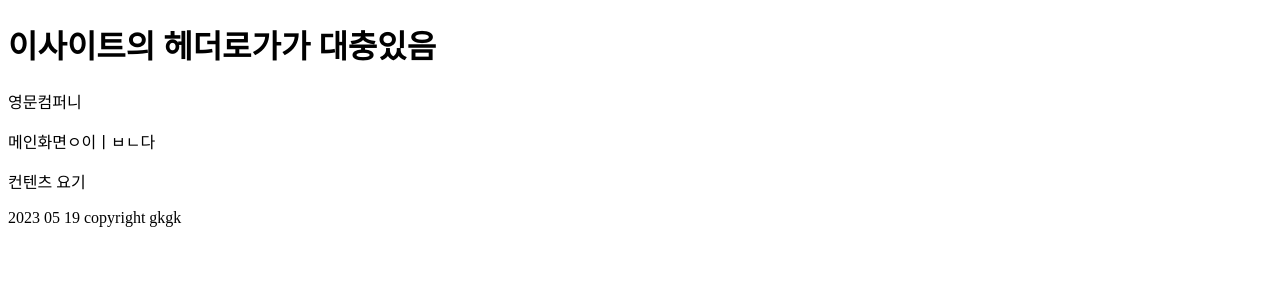
Repository: SanctusAlbino/Jsp_Servlet
Page: http://localhost/03.Tag/02.Directive/Ex03_IncludeMain.jsp
An editor plug-in stored every save of this project. The page is shown before and after the next save, followed by the edit.
The browser window is 1280 px wide. The pictures show the whole page.
The page is served by Tomcat 9.

Above is the page before, as saved 2023-05-19 03:05:38.

After the next save:
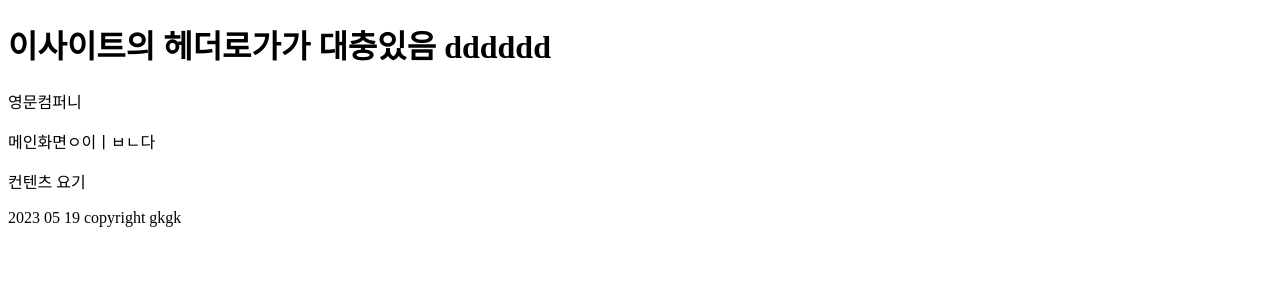
Saved 28 s later.
--- a/03.Tag/src/main/webapp/02.Directive/Ex03Header.jsp
+++ b/03.Tag/src/main/webapp/02.Directive/Ex03Header.jsp
@@ -1,3 +1,3 @@
 <%@ page language="java" contentType="text/html; charset=UTF-8"
     pageEncoding="UTF-8"%>
-<h1>이사이트의 헤더로가가 대충있음</h1>
+<h1>이사이트의 헤더로가가 대충있음 dddddd</h1>
